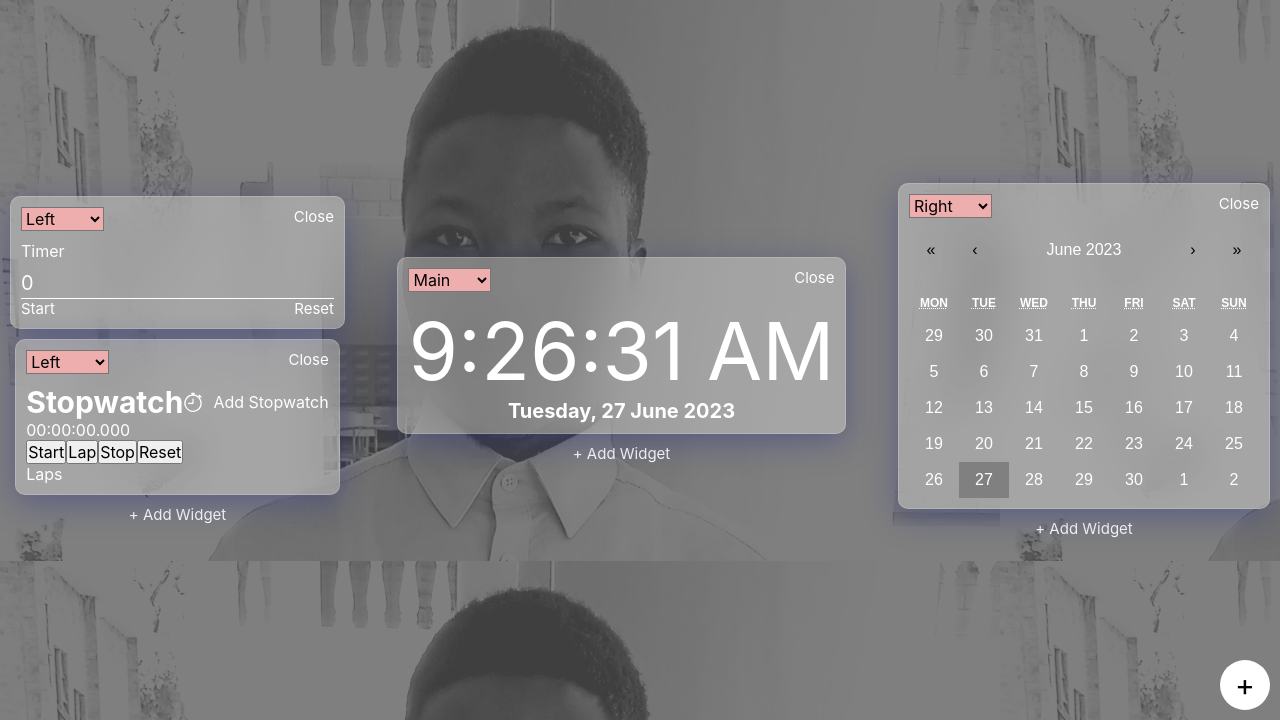
Repository: Angera-Silas/Planner-app
Page: /
The author's editor kept a copy of each file at every save. The page is drawn from the files as they stood at one save, then again after the next save.
The browser window is 1280 px wide. The pictures show the whole page.
The project was rebuilt for these pictures with package versions that can differ from the ones it lists, and the page was loaded fresh each time. Also part of the build but not shown: src/widgets/ReminderListWidget.js, src/modals/WidgetGalleryModal.js.

Above is the page before, as saved 2023-06-27 17:32:42.

### src/index.css
body {
  margin: 0;
  font-family: -apple-system, BlinkMacSystemFont, 'Segoe UI', 'Roboto', 'Oxygen',
    'Ubuntu', 'Cantarell', 'Fira Sans', 'Droid Sans', 'Helvetica Neue',
    sans-serif;
  -webkit-font-smoothing: antialiased;
  -moz-osx-font-smoothing: grayscale;
}

code {
  font-family: source-code-pro, Menlo, Monaco, Consolas, 'Courier New',
    monospace;
}
*,
*::before,
*::after {
 box-sizing: border-box;
}

img,
svg,
video,
canvas,
audio,
iframe,
embed,
object {
 display: block;
 max-width: 100%;
}

input,
button,
textarea,
select {
 font: inherit;
 color: black;
}

* {
 margin: 0;
 padding: 0;
 box-sizing: border-box;
 font: inherit;
 color: white;
}

/* width */
::-webkit-scrollbar {
 width: 10px;
}

/* Track */
::-webkit-scrollbar-track {
 background: #363636;
}

/* Handle */
::-webkit-scrollbar-thumb {
 background: #777;
}

/* Handle on hover */
::-webkit-scrollbar-thumb:hover {
 background: #1e1e1e;
}

### src/App.js
import React, { useState } from 'react';
import './App.css';
import ClockWidget from './widgets/ClockWidget';
import WidgetGalleryModal from './modals/WidgetGalleryModal';
import Draggable from 'react-draggable';
import TimerWidget from './widgets/TimerWidget';
import CalendarWidget from './widgets/CalendarWidget';
import MyCustomWidget from './widgets/MyCustomWidget';

function App() {
 const [widgets, setWidgets] = useState([
  { id: new Date().getTime(), component: <ClockWidget />, area: 'main-widget', name: "Date and Time" },
  { id: new Date().getTime() + 2, component: <CalendarWidget />, area: 'right-widget', name: "Calendar" },
  { id: new Date().getTime() + 1, component: <TimerWidget />, area: 'left-widget', name:"Timer" },
  { id: new Date().getTime(), component: <MyCustomWidget/>,area:'left-widget',name:"Stopwatch"},
 ])
 const [showWidgetModal, setShowWidgetModal] = useState(false)
 const [selectedWidgetArea, setSelectedWidgetArea] = useState('')

 const removeWidget = (index) => {
  try {
   setWidgets(widgets.filter(widget => widget.id !== index))
  } catch (error) {
   console.log(error)
  }
 }

 return (
  <>
   {showWidgetModal && <WidgetGalleryModal setShowWidgetModal={setShowWidgetModal} selectedWidgetArea={selectedWidgetArea} widgets={widgets} setWidgets={setWidgets} />}
   <div className="add-button"
    onClick={() => {
     console.log('add button clicked')
     setShowWidgetModal(true)
     setSelectedWidgetArea('none-widget')
    }}
   >
    <p
     className='add-widget-button'
     style={{ background: "none", border: "none", color: "black", fontSize: "30px", cursor: "pointer", backgroundColor: "white", borderRadius: "50%", width: "50px", display: "flex", justifyContent: "center", alignItems: "center", height: "50px", position: "fixed", bottom: "10px", right: "10px" }}
    >+</p>
   </div>
   <div className='none-widget' >
    {widgets.length > 0 && widgets.map((widget, index) => {
     if (widget.area === 'none-widget') {
      return (
       <Draggable>
            <div style={{ padding: 10,}} className='widget-container' >
             <div style={{ marginBottom: 10 }}>
              <select value={widget.area}
               onChange={(e) => {
                let widgetList = [...widgets]
                widgetList[index].area = e.target.value
                setWidgets(widgetList)
               }}
              >
               <option value="none-widget">Floating</option>
               <option value="left-widget">Left</option>
               <option value="main-widget">Main</option>
               <option value="right-widget">Right</option>
              </select>
              <button
               onClick={() => {
                removeWidget(widget.id)
               }}
               style={{ background: "none", border: "none", color: "white", fontSize: "15px", cursor: "pointer", float: "right" }}
              >Close</button>
             </div>
             {widget.component}
            </div>
       </Draggable>
      )
     }
    })}
   </div>
   <div className="App">
    <div className="container">
     <div className='left-widget'>
      {widgets.length > 0 && widgets.map((widget, index) => {
       if (widget.area === 'left-widget') {
        return (
         <div style={{ padding: 10,}} className='widget-container'>
          <div style={{ marginBottom: 10 }}>
           <select value={widget.area}
            onChange={(e) => {
             let widgetList = [...widgets]
             widgetList[index].area = e.target.value
             setWidgets(widgetList)
            }}
           >
            <option value="none-widget">Floating</option>
            <option value="left-widget">Left</option>
            <option value="main-widget">Main</option>
            <option value="right-widget">Right</option>
           </select>
           <button
            onClick={() => {
             removeWidget(widget.id)
            }}
            style={{ background: "none", border: "none", color: "white", fontSize: "15px", cursor: "pointer", float: "right" }}
           >Close</button>
          </div>
          {widget.component}
         </div>
        )
       }
      })}
      {widgets.filter(widget => widget.area === 'left-widget').length < 3 && widgets.filter(widget => widget.area === 'left-widget').length > 0 &&
       <button
        className='add-widget-button'
        onClick={() => {
         setShowWidgetModal(true)
         setSelectedWidgetArea('left-widget')
        }}>+ Add Widget</button>
      }
     </div>
     <div className='main-widget'>
      {widgets.length > 0 && widgets.map((widget, index) => {
       if (widget.area === 'main-widget') {
        return (
         <div style={{ padding: 10,}} className='widget-container' >
          <div style={{ marginBottom: 10 }}>
           <select value={widget.area}
            onChange={(e) => {
             let widgetList = [...widgets]
             widgetList[index].area = e.target.value
             setWidgets(widgetList)
            }}
           >
            <option value="none-widget">Floating</option>
            <option value="left-widget">Left</option>
            <option value="main-widget">Main</option>
            <option value="right-widget">Right</option>
           </select>
           <button
            onClick={() => {
             removeWidget(widget.id)
            }}
            style={{ background: "none", border: "none", color: "white", fontSize: "15px", cursor: "pointer", float: "right" }}
           >Close</button>
          </div>
          {widget.component}
         </div>
        )
       }
      })}
      {widgets.filter(widget => widget.area === 'main-widget').length < 2 &&
       <button
        className='add-widget-button'
        onClick={() => {
         setShowWidgetModal(true)
         setSelectedWidgetArea('main-widget')
        }}>+ Add Widget</button>
      }
     </div>
     <div className='right-widget'>
      {widgets.length > 0 && widgets.map((widget, index) => {
       if (widget.area === 'right-widget') {
        return (
         <div style={{ padding: 10,}} className='widget-container'>
          <div style={{ marginBottom: 10 }}>
           <select value={widget.area}
            onChange={(e) => {
             let widgetList = [...widgets]
             widgetList[index].area = e.target.value
             setWidgets(widgetList)
            }}
           >
            <option value="none-widget">Floating</option>
            <option value="left-widget">Left</option>
            <option value="main-widget">Main</option>
            <option value="right-widget">Right</option>
           </select>
           <button
            onClick={() => {
             removeWidget(widget.id)
            }}
            style={{ background: "none", border: "none", color: "white", fontSize: "15px", cursor: "pointer", float: "right" }}
           >Close</button>
          </div>
          {widget.component}
         </div>
        )
       }
      })}
      {widgets.filter(widget => widget.area === 'right-widget').length < 3 && widgets.filter(widget => widget.area === 'right-widget').length > 0 &&
       <button
        className='add-widget-button'
        onClick={() => {
         setShowWidgetModal(true)
         setSelectedWidgetArea('right-widget')
        }}>+ Add Widget</button>
      }
     </div>
    </div>
   </div>
  </>
 )
}

export default App;

### src/App.css
.App {
  background: url("background.jpg");
  height: 100vh;
  display: flex;
  justify-content: flex-start;
  align-items: center;

}

.container {
  display: flex;
  flex-direction: row;
  align-items: flex-start;
  justify-content: space-between;
  gap: 10px;
  width: 100vw;
  padding: 10px;
  max-height: 100vh;
  height: 100%;

}

.item {
  background-color: rgba(255, 255, 255, 0.8);
  border: 1px solid rgba(0, 0, 0);
  padding: 20px;
  font-size: 30px;
  text-align: center;
}

.time {
  font-size: 80px;
  color: white;
  text-align: center;
}

.date {
  font-size: 20px;
  color: white;
  text-align: center;
  font-weight: bold;
}

.add-widget-button {
  background-color: transparent;
  color: white;
  border: none;
  font-size: 15px;
  text-align: center;
  cursor: pointer;
}

.add-widget-button:hover {
  color: #1e1e1e;
}

.right-widget,
.left-widget,
.main-widget {
  display: flex;
  justify-content: center;
  align-items: center;
  flex-direction: column;
  gap: 10px;
  height: 100%;
  max-width: 500px;
}

.none-widget {
  position: fixed;
  /* height: 100vh;
  width: 100vw; */
  top: 0px;
  left: 0px;
}

select {
 background-color: #efaeae;
}

/* Modal */
.modal {
  position: fixed;
  z-index: 1;
  padding-top: 100px;
  left: 0;
  top: 0;
  width: 100vw;
  height: 100vh;
  overflow: auto;
  background-color: rgb(0, 0, 0, 0.4);
}

.modal-content {
  background-color: #183A37;
  margin: auto;
  padding: 20px;
  width: 50%;
  max-height: 50vh;
  overflow: scroll;
}

.modal-header {
  display: flex;
  justify-content: space-between;
  align-items: flex-start;
}

.modal-header h2 {
  color: white;
  font-weight: bold;
  font-size: 25px;
}

.row {
  display: flex;
  justify-content: space-between;
  align-items: center;
  gap: 10px;
}

.widget-gallery-item {
  color: black;
  border: 1px solid white;
  padding: 10px;
  margin-bottom: 10px;
}

.text-input {
  outline: none;
  border: none;
  border-bottom: 1px solid white;
  width: 100%;
  background-color: transparent;
  color: white;
  font-size: 20px;
  margin-top: 10px;
  padding-bottom: 3px;
}

.widget-container {
  background: rgba(255, 255, 255, 0.3);
  box-shadow: 0 8px 32px 0 rgba(31, 38, 135, 0.37);
  backdrop-filter: blur(20px);
  -webkit-backdrop-filter: blur(20px);
  border-radius: 10px;
  border: 1px solid rgba(255, 255, 255, 0.18);

}

.widget-gallery-item-name{
  font-size: 20px;
  font-weight: bold;
  margin-bottom: 10px;
}

### src/widgets/ClockWidget.js
import React, { useEffect, useState } from 'react'

export default function ClockWidget() {
  const [time, setTime] = useState(new Date().toLocaleTimeString())
  const [date, setDate] = useState(new Date())
  useEffect(() => {
    const interval = setInterval(() => {
      setTime(new Date().toLocaleTimeString())
      setDate(new Date())
    }, 1000)
    return () => clearInterval(interval)
  }, [])

  const tidyDate = (date) => {
    const dateArray = date
    const day = dateArray.getDay()
    const dateNumber = dateArray.getDate()
    const month = dateArray.getMonth() + 1
    const year = dateArray.getFullYear()

    const days = ['Sunday', 'Monday', 'Tuesday', 'Wednesday', 'Thursday', 'Friday', 'Saturday']
    const months = ['January', 'February', 'March', 'April', 'May', 'June', 'July', 'August', 'September', 'October', 'November', 'December']

    return `${days[day]}, ${dateNumber} ${months[month - 1]} ${year}`

  }

  return (
    <div>
      <p className='time'>{time}</p>
      <p className='date'>{tidyDate(date)}</p>
    </div>
  )
}

### src/widgets/TimerWidget.js
import React, { useEffect, useState } from 'react'

export default function TimerWidget() {
  const [timerListData, setTimerListData] = useState({
    time: 0,
    isRunning: false,
  })

  const tidyTime = (time) => {
    let hours = Math.floor(time / 3600)
    let minutes = Math.floor((time - (hours * 3600)) / 60)
    let seconds = time - (hours * 3600) - (minutes * 60)

    if (hours < 10) { hours = "0" + hours }
    if (minutes < 10) { minutes = "0" + minutes }
    if (seconds < 10) { seconds = "0" + seconds }

    return hours + ':' + minutes + ':' + seconds
  }

  useEffect(() => {
    // timer logic
    let interval = null
    if (timerListData.isRunning && timerListData.time > 0) {
      interval = setInterval(() => {
        setTimerListData({
          ...timerListData,
          time: parseInt(timerListData.time) - 1,
        })
      }, 1000)
    } else if (!timerListData.isRunning && timerListData.time !== 0) {
      setTimerListData({
        ...timerListData,
        isRunning: false,
      })
      clearInterval(interval)
    } else if (timerListData.isRunning && timerListData.time === 0) {
      setTimerListData({
        ...timerListData,
        isRunning: false,
      })
      clearInterval(interval)
      alert('Timer is up!')
    }

      return () => clearInterval(interval)
  }, [timerListData.isRunning, timerListData.time])

  return (
    <div style={{ minWidth: 300 }}>
      <div style={{ display: "flex", justifyContent: "space-between", alignItems: "row" }}>
        <p>Timer</p>
      </div>
      <div className='timer-container'>
        <div className='timer-display'>
          {timerListData.isRunning ?
            <p style={{ textAlign: "center", fontWeight: "bold", fontSize: 20 }}>{tidyTime(timerListData.time)}</p>
            :
            <input type="text" className='text-input' value={timerListData.time} onChange={(e) => {
              setTimerListData({
                ...timerListData,
                time: e.target.value,
              })
            }} />
          }
        </div>
        <div className='timer-controls' style={{ display: "flex", justifyContent: "space-between", alignItems: "center", }}>
          <button
            style={{
              background: "none",
              border: "none",
              color: "white",
              fontSize: "15px",
              cursor: "pointer",
            }}
            onClick={() => {
              setTimerListData({
                ...timerListData,
                isRunning: !timerListData.isRunning,
              })
            }}
          >{timerListData.isRunning ? 'Stop' : 'Start'}</button>
          <button
            style={{
              background: "none",
              border: "none",
              color: "white",
              fontSize: "15px",
              cursor: "pointer",
            }}
            onClick={() => {
              setTimerListData({
                ...timerListData,
                time: 0,
              })
            }}
          >Reset</button>
        </div>
      </div>
    </div>
  )
}

### src/widgets/MyCustomWidget.js
import React, { useEffect, useState } from 'react';
import { BsStopwatch } from 'react-icons/bs'

export default function MyCustomWidget() {
   const [stopwatchData, setStopwatchData] = useState([
  { id: 0, name: "Timer 1", time: 0, isRunning: false, lap: [], time_started: 0, pause: [] },
 ])
 const [selectedRow, setSelectedRow] = useState(0)

 useEffect(() => {
  const interval = setInterval(() => {
   setStopwatchData(stopwatchData.map((stopwatch) => {
    if (stopwatch.isRunning) {
     return { ...stopwatch, time: new Date() - stopwatch.time_started - stopwatch.pause.reduce((a, b) => a + b, 0) }
    }
    return stopwatch
   }))
  }, 10)
  return () => clearInterval(interval)
 }, [stopwatchData])
 const handleStart = (id) => {
  setStopwatchData(stopwatchData.map((stopwatch) => {
   if (stopwatch.id === id) {
    return { ...stopwatch, isRunning: true, time_started: new Date() - stopwatch.time - stopwatch.pause.reduce((a, b) => a + b, 0) }
   }
   return stopwatch
  }))
 }

 const handleStop = (id) => {
  setStopwatchData(stopwatchData.map((stopwatch) => {
   if (stopwatch.id === id) {
    return { ...stopwatch, isRunning: false, pause: [...stopwatch.pause, new Date() - stopwatch.time_started - stopwatch.pause.reduce((a, b) => a + b, 0)] }
   }
   return stopwatch
  }))
 }

 const handleReset = (id) => {
  setStopwatchData(stopwatchData.map((stopwatch) => {
   if (stopwatch.id === id) {
    return { ...stopwatch, time: 0, isRunning: false, lap: [] }
   }
   return stopwatch
  }))
 }

 const handleLap = (id) => {
  setStopwatchData(stopwatchData.map((stopwatch) => {
   if (stopwatch.id === id) {
    return { ...stopwatch, lap: [...stopwatch.lap, stopwatch.time] }
   }
   return stopwatch
  }))
 }
  return (
    <div>
       <div style={{ display: "flex", alignItems: "center", flexDirection: "row", justifyContent: "space-between", width: "100%" }}>
      <div style={{ textAlign: "left" }}>
       <h1 style={{ fontWeight: "bold", fontSize: 30 }}>Stopwatch</h1>
      </div>
      <div style={{ cursor: "pointer", alignItems: "center", display: "flex", flexDirection: "row", gap: 10 }} onClick={() => setStopwatchData([...stopwatchData, { id: stopwatchData.length, name: `Timer ${stopwatchData.length + 1}`, time: 0, isRunning: false, lap: [], pause: [] }])}>
       <BsStopwatch size={20} color={"white"} />
       <p>Add Stopwatch</p>
      </div>
     </div>

     <p className='main-time-label'>{stopwatchData[selectedRow]?.time > 0 ? new Date(stopwatchData[selectedRow]?.time).toISOString().slice(11, -1) : "00:00:00.000"}</p>
     <div className="main-button-controls">
      <button className={"control-buttons"} onClick={() => handleStart(stopwatchData[selectedRow].id)}>Start</button>
      <button className={"control-buttons"} onClick={() => handleLap(stopwatchData[selectedRow].id)}>Lap</button>
      <button className={"control-buttons"} onClick={() => handleStop(stopwatchData[selectedRow].id)}>Stop</button>
      <button className={"control-buttons"} onClick={() => handleReset(stopwatchData[selectedRow].id)}>Reset</button>
     </div>
     <p className='lap-label'>Laps</p>
     <div className='lap-container'>
      {stopwatchData[selectedRow]?.lap.length > 0 && stopwatchData[selectedRow]?.lap.map((lap, index) => (
       <div style={{ display: "flex", justifyContent: "space-between", width: "500px" }}>
        <p>Lap {index + 1}</p>
        <p className='lap-time-label' key={index}>{new Date(lap).toISOString().slice(11, -1)}</p>
       </div>
      ))}
     </div>
    </div>
  )
}

### src/styles/styles.css
.react-calendar {
  width: 350px;
  max-width: 100%;
  background: transparent;
  font-family: Arial, Helvetica, sans-serif;
  line-height: 1.125em;
}

.react-calendar--doubleView {
  width: 700px;
}

.react-calendar--doubleView .react-calendar__viewContainer {
  display: flex;
  margin: -0.5em;
}

.react-calendar--doubleView .react-calendar__viewContainer > * {
  width: 50%;
  margin: 0.5em;
}

.react-calendar,
.react-calendar *,
.react-calendar *:before,
.react-calendar *:after {
  -moz-box-sizing: border-box;
  -webkit-box-sizing: border-box;
  box-sizing: border-box;
}

.react-calendar button {
  margin: 0;
  border: 0;
  outline: none;
}

.react-calendar button:enabled:hover {
  cursor: pointer;
}

.react-calendar__navigation {
  display: flex;
  height: 44px;
  margin-bottom: 1em;
}

.react-calendar__navigation button {
  min-width: 44px;
  background: none;
}

.react-calendar__navigation button:disabled {
  background-color: #f0f0f0;
}

.react-calendar__navigation button:enabled:hover,
.react-calendar__navigation button:enabled:focus {
  background-color: #e6e6e6;
}

.react-calendar__month-view__weekdays {
  text-align: center;
  text-transform: uppercase;
  font-weight: bold;
  font-size: 0.75em;
}

.react-calendar__month-view__weekdays__weekday {
  padding: 0.5em;
}

.react-calendar__month-view__weekNumbers .react-calendar__tile {
  display: flex;
  align-items: center;
  justify-content: center;
  font-size: 0.75em;
  font-weight: bold;
}

.react-calendar__month-view__days__day--weekend {
  color: #d10000;
}

.react-calendar__month-view__days__day--neighboringMonth {
  color: #757575;
}

.react-calendar__year-view .react-calendar__tile,
.react-calendar__decade-view .react-calendar__tile,
.react-calendar__century-view .react-calendar__tile {
  padding: 2em 0.5em;
}

.react-calendar__tile {
  max-width: 100%;
  padding: 10px 6.6667px;
  background: none;
  text-align: center;
  line-height: 16px;
}

.react-calendar__tile:disabled {
  background-color: #f0f0f0;
}

.react-calendar__tile:enabled:hover,
.react-calendar__tile:enabled:focus {
  background-color: #e6e6e6;
}

.react-calendar__tile--now {
  background: gray;
}

.react-calendar__tile--now:enabled:hover,
.react-calendar__tile--now:enabled:focus {
  background: gray;
}

.react-calendar__tile--hasActive {
  background: #76baff;
}

.react-calendar__tile--hasActive:enabled:hover,
.react-calendar__tile--hasActive:enabled:focus {
  background: #a9d4ff;
}

.react-calendar__tile--active {
  background: #006edc;
  color: white;
}

.react-calendar__tile--active:enabled:hover,
.react-calendar__tile--active:enabled:focus {
  background: #1087ff;
}

.react-calendar--selectRange .react-calendar__tile--hover {
  background-color: #e6e6e6;
}

Loaded but not shown: public/index.html (common file); src/index.js (common file); src/reportWebVitals.js (common file); src/widgets/CalendarWidget.js (common file)

After the next save:
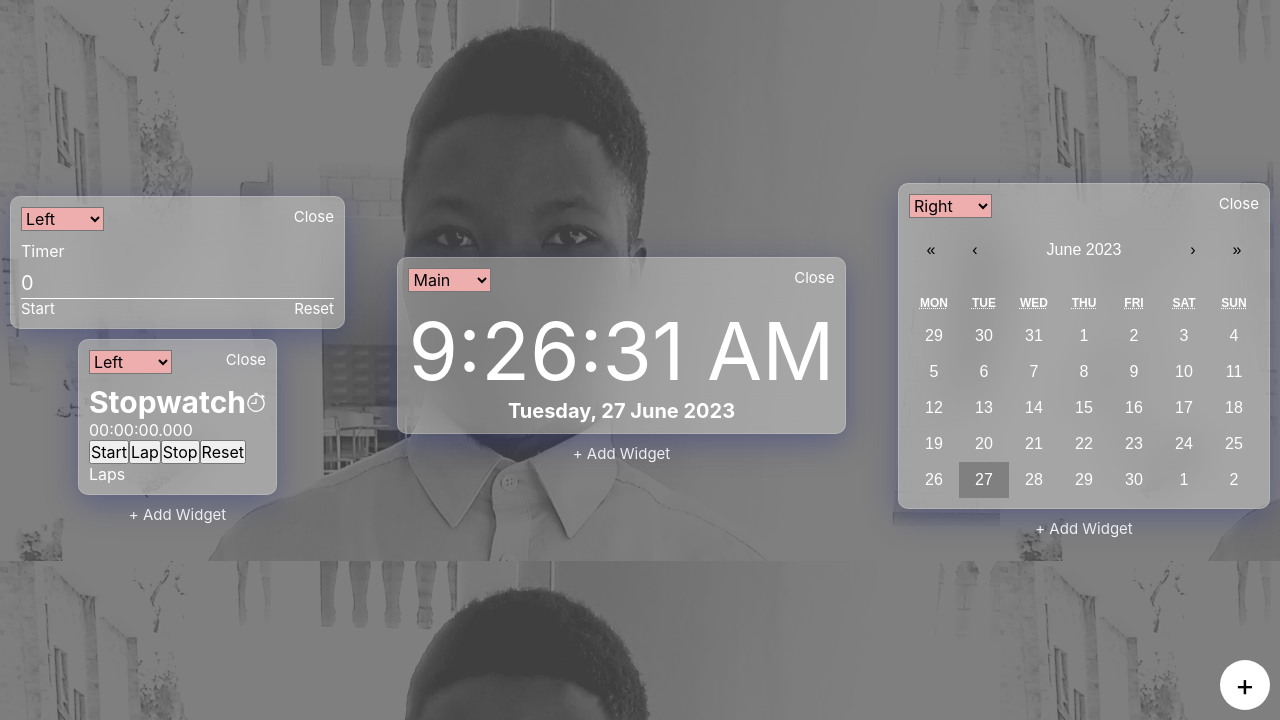
Saved 51 s later.
--- a/src/widgets/MyCustomWidget.js
+++ b/src/widgets/MyCustomWidget.js
@@ -61,7 +61,6 @@ export default function MyCustomWidget() {
       </div>
       <div style={{ cursor: "pointer", alignItems: "center", display: "flex", flexDirection: "row", gap: 10 }} onClick={() => setStopwatchData([...stopwatchData, { id: stopwatchData.length, name: `Timer ${stopwatchData.length + 1}`, time: 0, isRunning: false, lap: [], pause: [] }])}>
        <BsStopwatch size={20} color={"white"} />
-       <p>Add Stopwatch</p>
       </div>
      </div>
 
